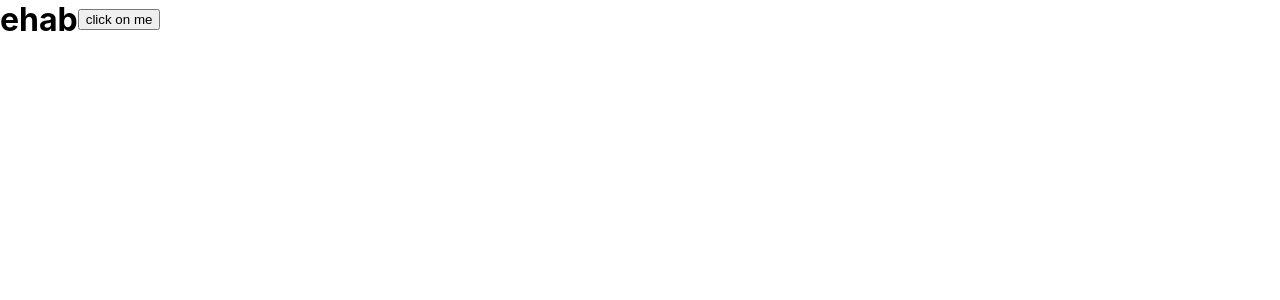
Repository: ehabmelhem/Demotweet-app
Page: /
The author's editor kept a copy of each file at every save. The page is drawn from the files as they stood at one save, then again after a run of saves.
The browser window is 1280 px wide. The pictures show the whole page.
The project was rebuilt for these pictures with package versions that can differ from the ones it lists, and the page was loaded fresh each time.

Above is the page before, as saved 2021-01-22 20:13:51.

After the next 3 saves:
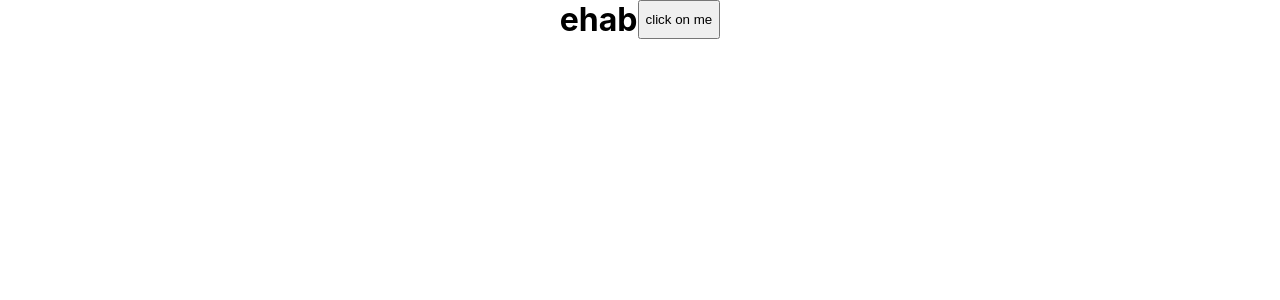
The 3 saves are shown as one change because they came seconds apart.
The last was saved 32 s later.
--- a/src/App.css
+++ b/src/App.css
@@ -1,7 +1,7 @@
 .app {
-  /* width: fit-content; */
-  /* margin: 0 auto; */
-  text-align: center;
+  width: fit-content;
+  margin: 0 auto;
+  /* text-align: center; */
   display: flex;
-  align-items: center;
+  /* align-items: center; */
 }
